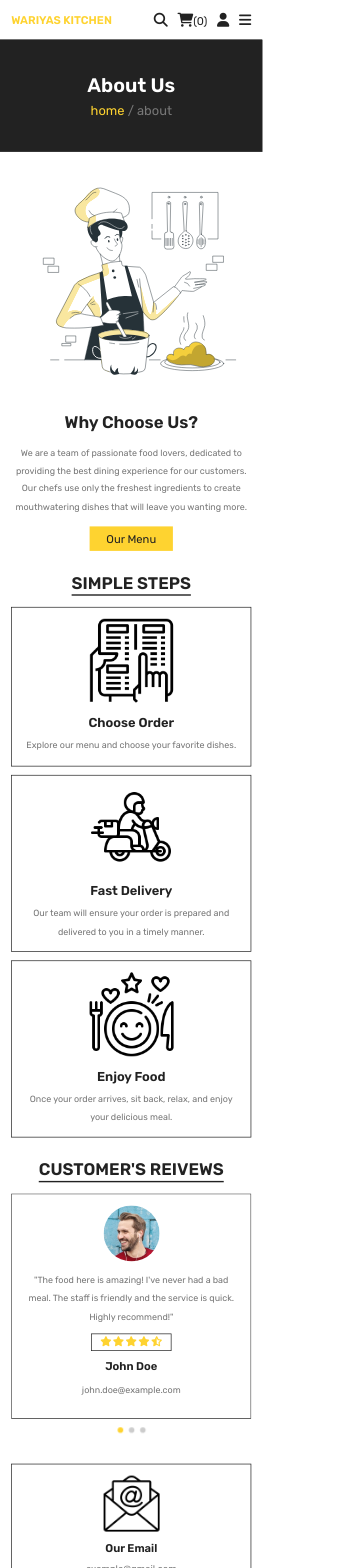
Repository: navodniwarshana/food_order_site
Page: http://localhost/about.php
An editor plug-in stored every save of this project. The page is shown before and after the next save, followed by the edit.
The browser window is 375 px wide. The page is 375 px wide, then 520 px, then 375 px, so the pictures cover 520 px, including what lies to the right of the window. The pictures show the part of the page from y = 0 to 2240 px (the page is 3005 px tall before and 4925 px after), at 70% of full size.
Some web libraries are served in a nearby version. The page is run by PHP 8.4 with error messages shown; the project is at /var/www/html/. Queries for data that is not in the repository find no rows.

Above is the page before, as saved 2024-09-27 20:03:54.
Console error: TypeError: Cannot read properties of null (reading 'style')

After the next save:
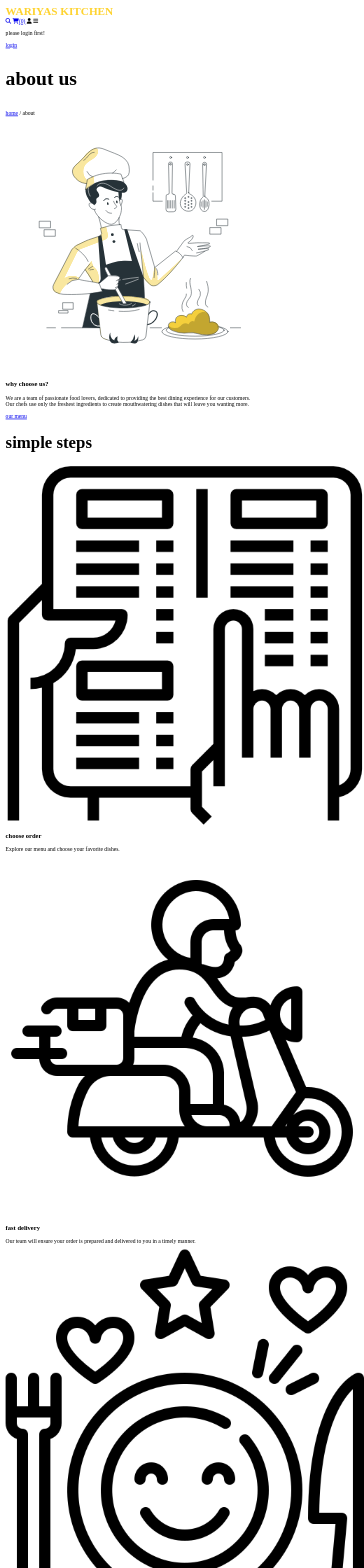
Saved 19 h 53 min later.
--- a/css/style.css
+++ b/css/style.css
@@ -1,4 +1,4 @@
-@import url("https://fonts.googleapis.com/css2?family=Rubik:wght@300;400;500;600&display=swap");
+/* @import url("https://fonts.googleapis.com/css2?family=Rubik:wght@300;400;500;600&display=swap");
 
 :root {
   --yellow: #fed330;
@@ -1117,4 +1117,4 @@
     flex-flow: column;
     gap: 0;
   }
-}
+} */

After the save that followed:
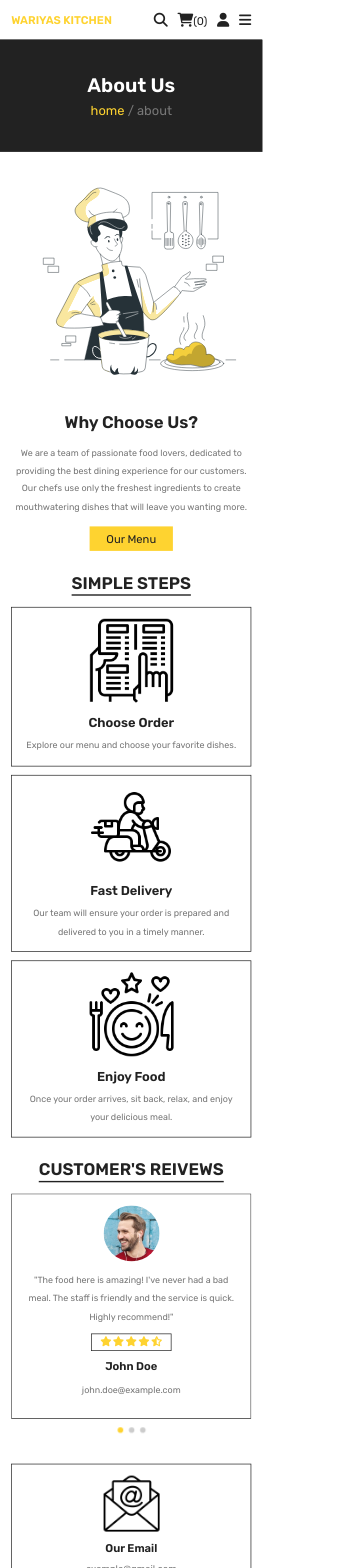
Saved 21 s later.
--- a/css/style.css
+++ b/css/style.css
@@ -1,4 +1,4 @@
-/* @import url("https://fonts.googleapis.com/css2?family=Rubik:wght@300;400;500;600&display=swap");
+@import url("https://fonts.googleapis.com/css2?family=Rubik:wght@300;400;500;600&display=swap");
 
 :root {
   --yellow: #fed330;
@@ -1117,4 +1117,4 @@
     flex-flow: column;
     gap: 0;
   }
-} */
+}
